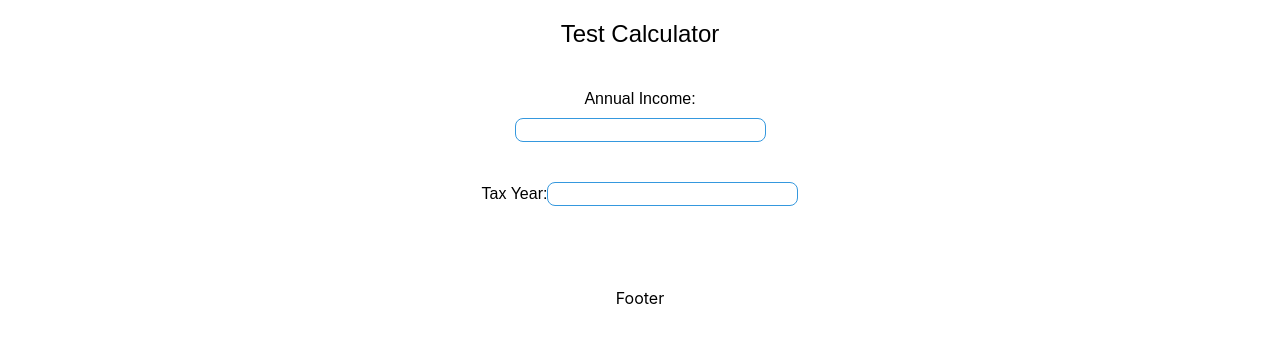
Repository: jbpadilha/taxcalculator
Page: /
These files come from the project's save history. The page is drawn as it stood at one moment and after the next save; the edit follows.
The browser window is 1280 px wide. The pictures show the whole page.
The project was rebuilt for these pictures with package versions that can differ from the ones it lists, and the page was loaded fresh each time.

Above is the page before, as saved 2023-06-16 21:10:10.

After the next save:
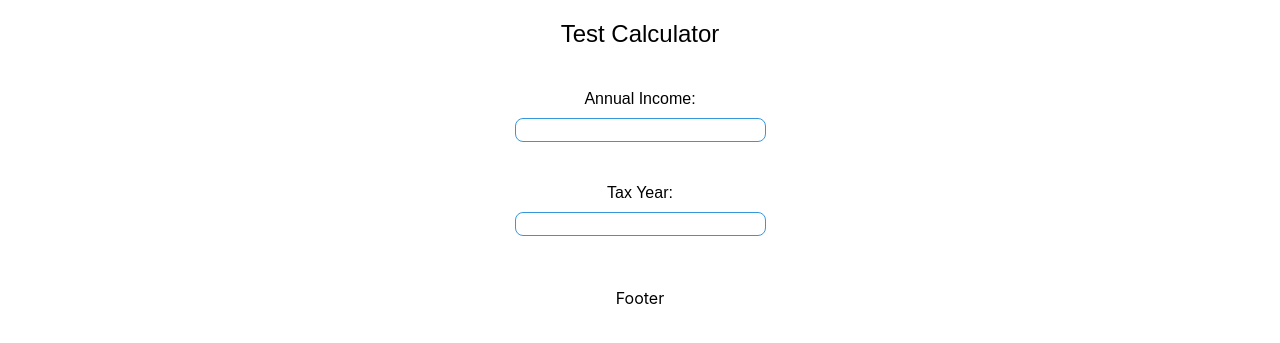
Saved 23 s later.
--- a/src/components/Main.tsx
+++ b/src/components/Main.tsx
@@ -60,8 +60,12 @@ const Main = () => {
                     </div>
                 </div>
                 <div style={styles.contentInput}>
-                    <label htmlFor='taxYear' style={styles.titleInput}>Tax Year:</label>
-                    <input style={styles.input} type="text" id="taxYear" name="taxYear" />
+                    <div>
+                        <label htmlFor='taxYear' style={styles.titleInput}>Tax Year:</label>
+                    </div>
+                    <div style={styles.marginInput}>
+                        <input style={styles.input} type="text" id="taxYear" name="taxYear" />
+                    </div>
                 </div>
             </div>
         </div>
